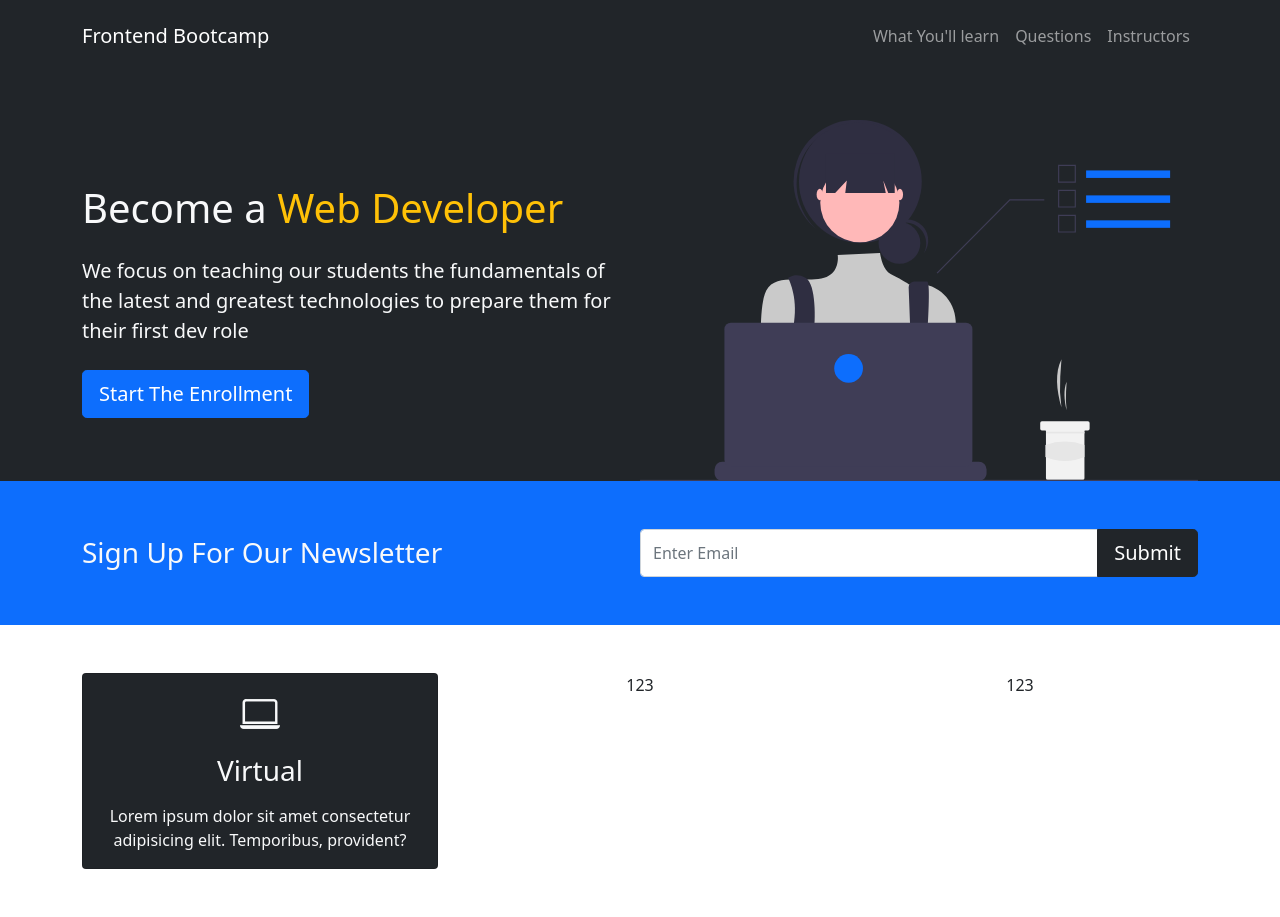
Repository: Marhamat92/Bootstrap5-Responsive-Website-
Page: index.html
These files come from the project's save history. The page is drawn as it stood at one moment and after the next save; the edit follows.
The browser window is 1280 px wide. The pictures show the whole page.
Some web libraries are served in a nearby version.

Above is the page before, as saved 2021-09-18 17:16:08.

### index.html
<!DOCTYPE html>
<html lang="en">

<head>
    <meta charset="UTF-8">
    <meta http-equiv="X-UA-Compatible" content="IE=edge">
    <meta name="viewport" content="width=device-width, initial-scale=1.0">
    <link href="https://cdn.jsdelivr.net/npm/bootstrap@5.0.2/dist/css/bootstrap.min.css" rel="stylesheet"
        integrity="sha384-EVSTQN3/azprG1Anm3QDgpJLIm9Nao0Yz1ztcQTwFspd3yD65VohhpuuCOmLASjC" crossorigin="anonymous">
    <link rel="stylesheet" href="https://cdn.jsdelivr.net/npm/bootstrap-icons@1.3.0/font/bootstrap-icons.css">
    <link rel="stylesheet" href="style.css">
    <title>Frontend Bootcamp</title>

</head>

<body>
    <!--Navbar-->
    <nav class="navbar navbar-expand-lg bg-dark navbar-dark py-3">
        <div class="container">
            <a href="#" class="navbar-brand">Frontend Bootcamp</a>
            <button class="navbar-toggler" type="button" data-bs-toggle="collapse" data-bs-target="#navmenu">
                <span class="navbar-toggler-icon"></span>
            </button>
            <div class="collapse navbar-collapse" id="navmenu">
                <ul class="navbar-nav ms-auto">
                    <li class="nav-item">
                        <a href="#learn" class="nav-link">What You'll learn</a>
                    </li>
                    <li class="nav-item">
                        <a href="#questions" class="nav-link">Questions</a>
                    </li>
                    <li class="nav-item">
                        <a href="#instructors" class="nav-link">Instructors</a>
                    </li>
                </ul>
            </div>
        </div>
    </nav>

    <!--Showcase-->

    <section class="bg-dark text-light p-5 p-lg-0 pt-lg-5 text-center text-sm-start">
        <div class="container">
            <div class="d-sm-flex align-items-center justify-content-between">
                <div>
                    <h1>Become a <span class="text-warning">Web Developer</span> </h1>
                    <p class="lead my-4">We focus on teaching our students the fundamentals of the latest and
                        greatest technologies to prepare them for their first dev role
                    </p>
                    <button class="btn btn-primary btn-lg">Start The Enrollment</button>
                </div>
                <img class="img-fluid w-50 d-none d-sm-block" src="img/showcase.svg" alt="showcase">
            </div>
        </div>
    </section>


    <!--Newsletter-->
    <section class=" bg-primary text-light p-5">
        <div class="container">
            <div class="d-md-flex justify-content-between align-items-center">
                <h3 class="mb-3 mb-md-0">Sign Up For Our Newsletter</h3>
                <div class="input-group news-input">
                    <input type="text" class="form-control" placeholder="Enter Email">
                    <button class="btn btn-dark btn-lg" type="button">Submit</button>
                </div>

            </div>
        </div>
    </section>

    <!--Boxes-->
    <section class="p-5">
        <div class="container">
            <div class="row text-center">
                <div class="col-md">
                    <div class="card bg-dark text-light">
                        <div class="card-body text-center">
                            <div class="h1 mb-3"><i class="bi bi-laptop"></i>
                            </div>
                            <h3 class="title mb-3">Virtual</h3>
                            <p class="card-text">
                                Lorem ipsum dolor sit amet consectetur adipisicing elit. Temporibus, provident?
                            </p>
                        </div>
                    </div>
                </div>
                <div class="col-md">123</div>
                <div class="col-md">123</div>
            </div>
        </div>
    </section>






















    <script src="https://cdn.jsdelivr.net/npm/bootstrap@5.0.2/dist/js/bootstrap.bundle.min.js"
        integrity="sha384-MrcW6ZMFYlzcLA8Nl+NtUVF0sA7MsXsP1UyJoMp4YLEuNSfAP+JcXn/tWtIaxVXM" crossorigin="anonymous">
    </script>
</body>

</html>

### style.css
@media (min-width:768px) {
    .news-input{
        width:50%;
    }
}

After the next save:
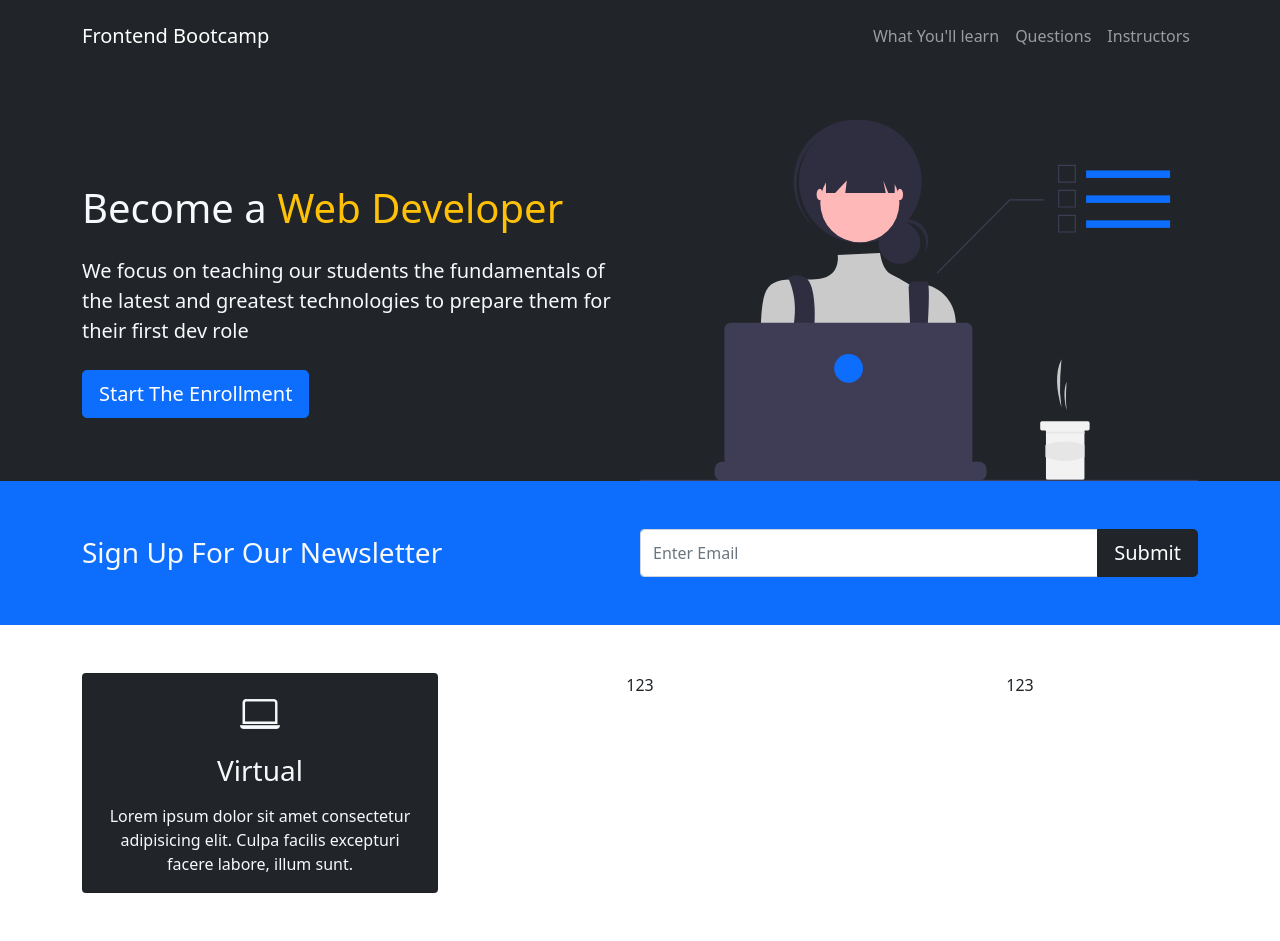
Saved 17 s later.
--- a/index.html
+++ b/index.html
@@ -80,7 +80,7 @@
                             </div>
                             <h3 class="title mb-3">Virtual</h3>
                             <p class="card-text">
-                                Lorem ipsum dolor sit amet consectetur adipisicing elit. Temporibus, provident?
+                                Lorem ipsum dolor sit amet consectetur adipisicing elit. Culpa facilis excepturi facere labore, illum sunt.
                             </p>
                         </div>
                     </div>
